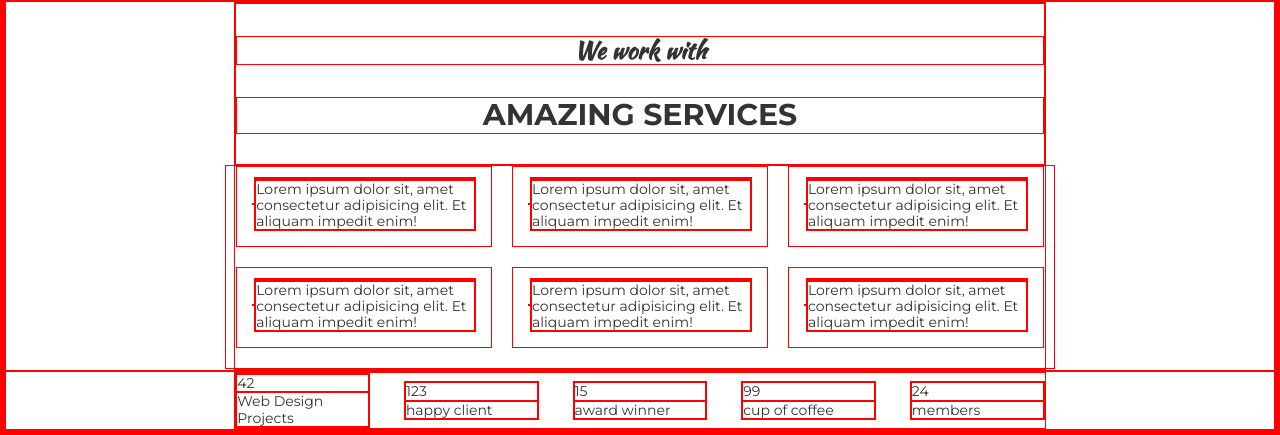
Repository: nataliiasaltan/Homework
Page: index.html
An editor plug-in stored every save of this project. The page is shown before and after the next save, followed by the edit.
The browser window is 1280 px wide. The pictures show the part of the page from y = 901 to 1352 px (the page is 1336 px tall before and 1352 px after).

Above is the page before, as saved 2020-02-27 10:52:37.

After the next save:
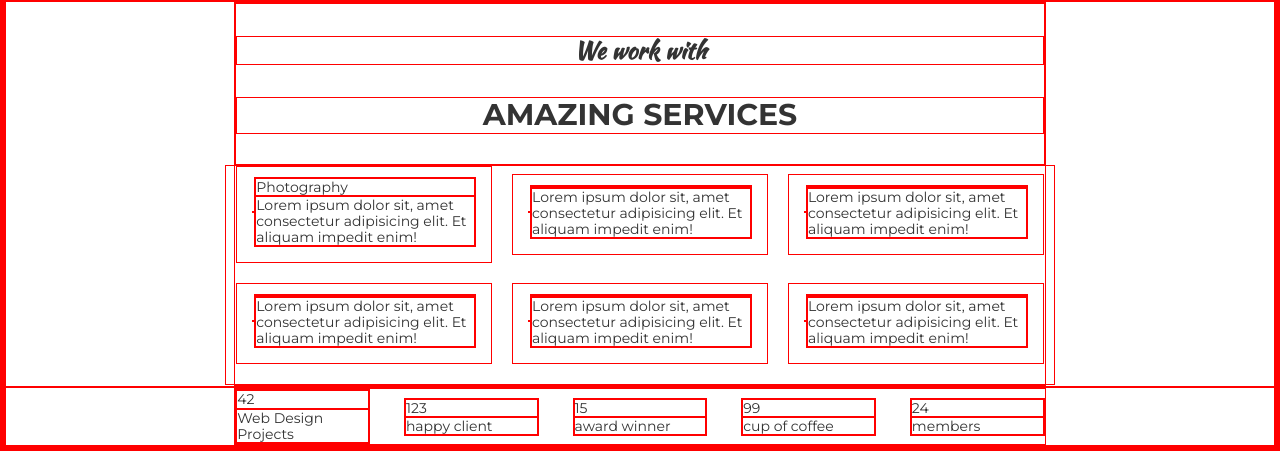
Saved 97 s later.
--- a/index.html
+++ b/index.html
@@ -62,7 +62,7 @@
                             <div class="development">
                                 <i class="icon-service"></i>
                                 <div class="development__inner">
-                                    <div class="name"></div>
+                                    <div class="name">Photography</div>
                                     <div class="description">Lorem ipsum dolor
                                         sit,
                                         amet
